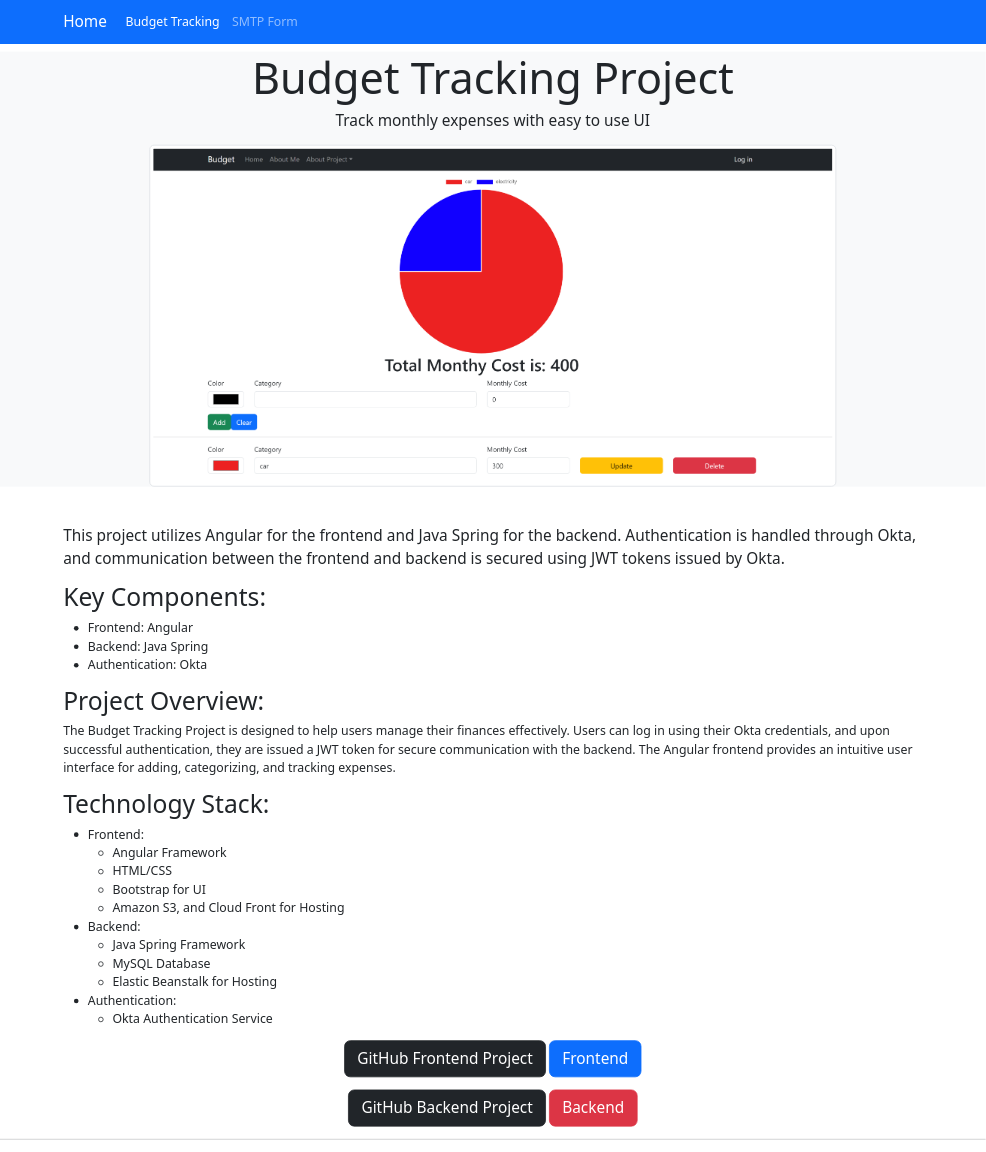
Repository: The-Hustler-Hattab/Web
Page: project_budget.html
The author's editor kept a copy of each file at every save. The page is drawn from the files as they stood at one save, then again after the next save.
The browser window is 1280 px wide. The pictures show the whole page, at 77% of full size.

Above is the page before, as saved 2023-09-30 19:39:38.

After the next save:
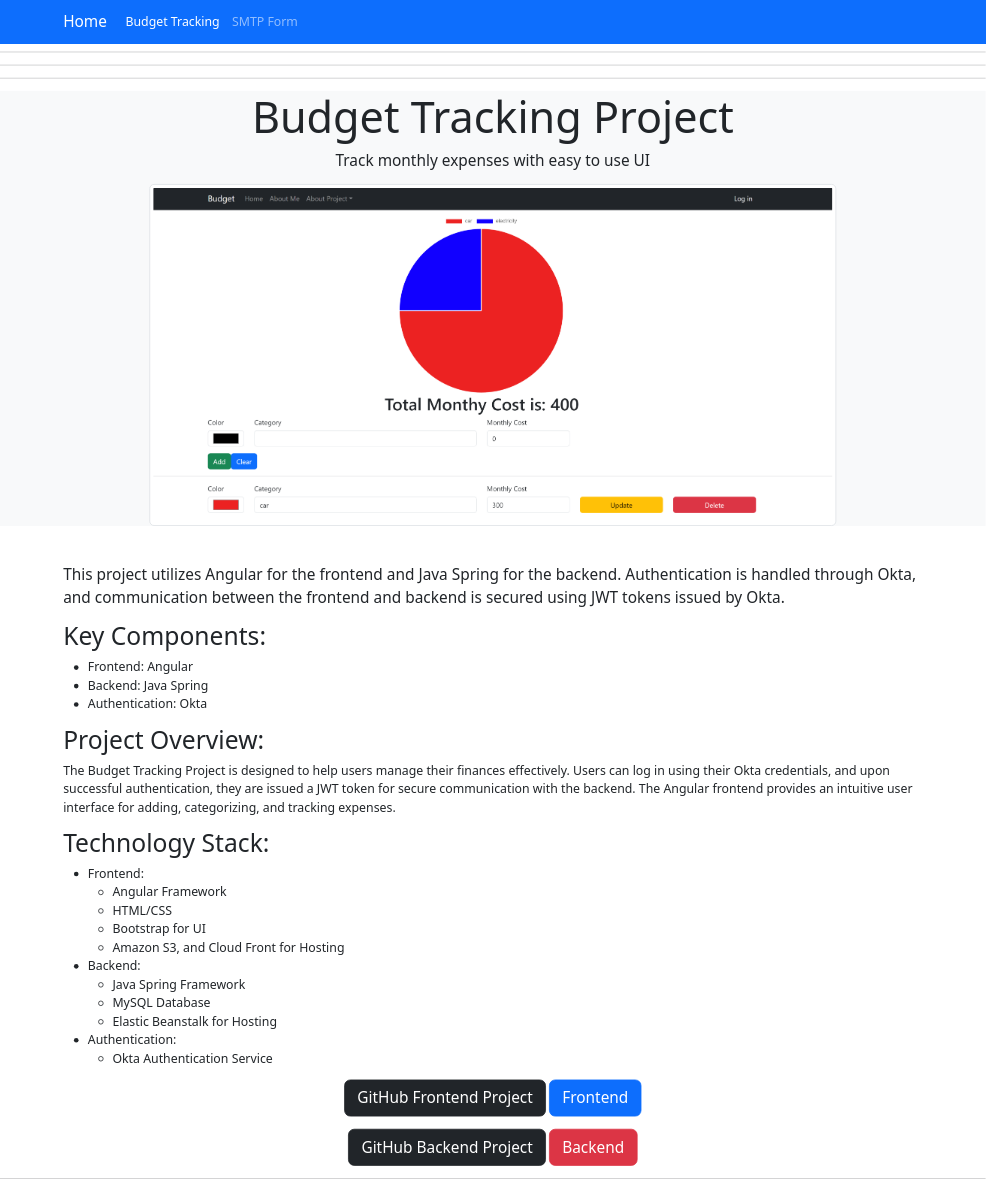
Saved 24 s later.
--- a/project_budget.html
+++ b/project_budget.html
@@ -9,7 +9,7 @@
 </head>
 <body>
     <script type="module" src="js/header.js"></script>
-
+<project-header></project-header>
 <!-- Navigation Bar -->
 <nav class="navbar navbar-expand-lg navbar-dark bg-primary fixed-top">
     <div class="container">

After the 2 saves that followed:
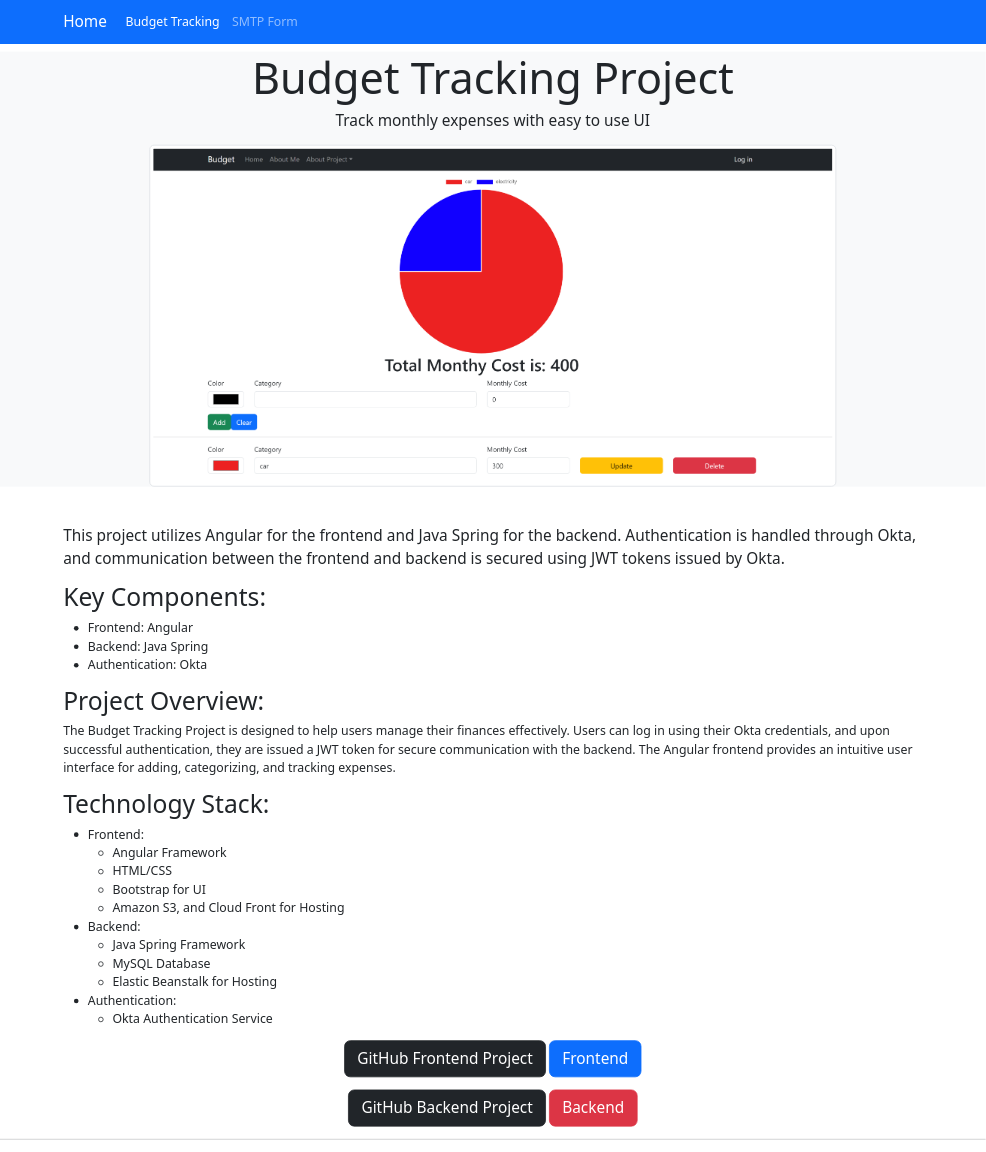
The 2 saves are shown as one change because 1 left the picture as it was.
The last was saved 19 s later.
--- a/project_budget.html
+++ b/project_budget.html
@@ -9,9 +9,9 @@
 </head>
 <body>
     <script type="module" src="js/header.js"></script>
-<project-header></project-header>
+    <project-header></project-header>
 <!-- Navigation Bar -->
-<nav class="navbar navbar-expand-lg navbar-dark bg-primary fixed-top">
+<!-- <nav class="navbar navbar-expand-lg navbar-dark bg-primary fixed-top">
     <div class="container">
         <a class="navbar-brand" href="./index.html">Home</a>
         <button class="navbar-toggler" type="button" data-bs-toggle="collapse" data-bs-target="#navbarNav"
@@ -32,7 +32,7 @@
 </nav>
 <hr>
 <hr>
-<hr>
+<hr> -->
 
 <!-- Jumbotron -->
 <div class="jumbotron text-center bg-light">
